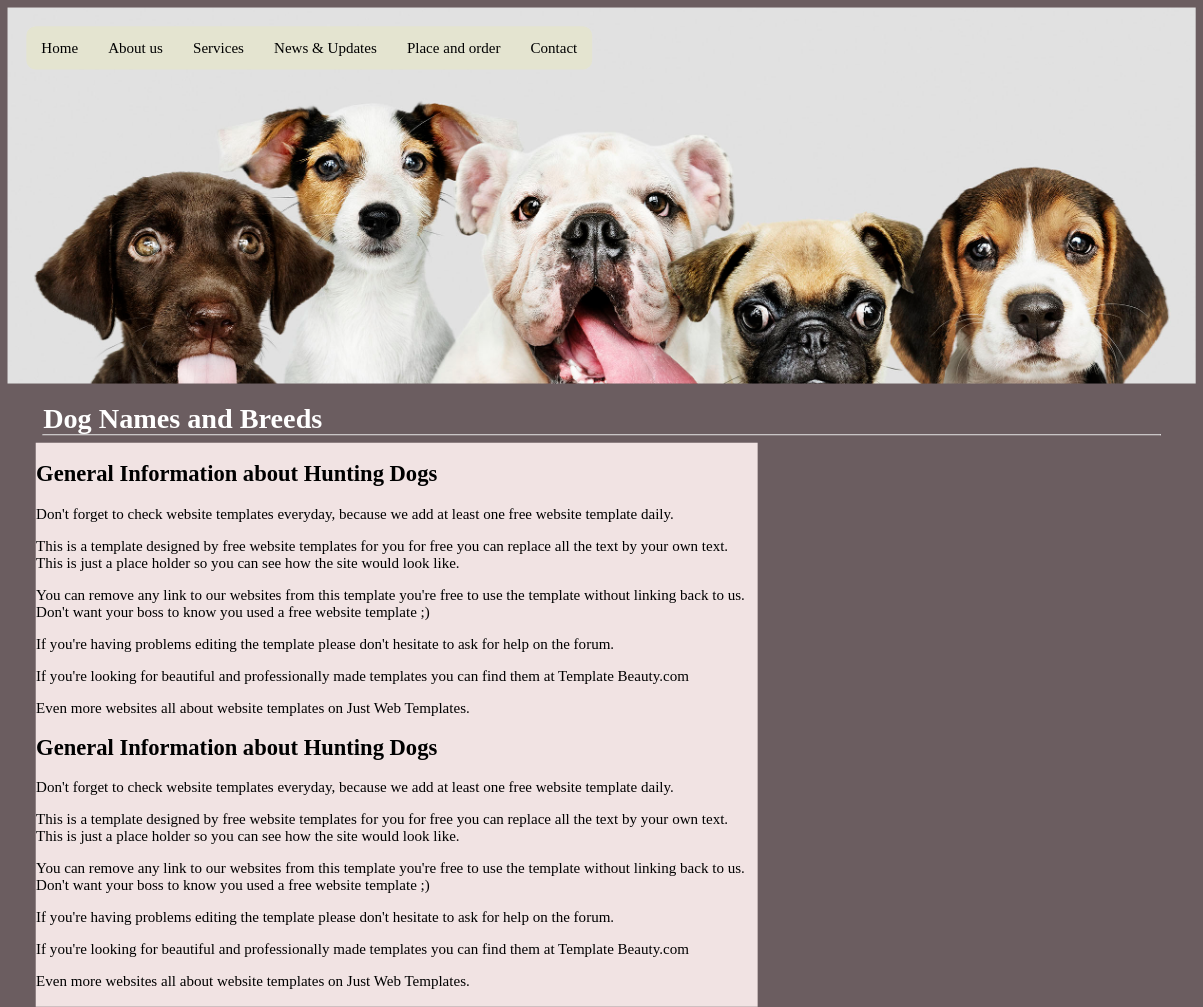
Repository: Tayma-Kazmouz/labwork
Page: index.html
These files come from the project's save history. The page is drawn as it stood at one moment and after the next save; the edit follows.
The browser window is 1280 px wide. The pictures show the whole page, at 94% of full size.

Above is the page before, as saved 2022-04-04 16:49:48.

After the next save:
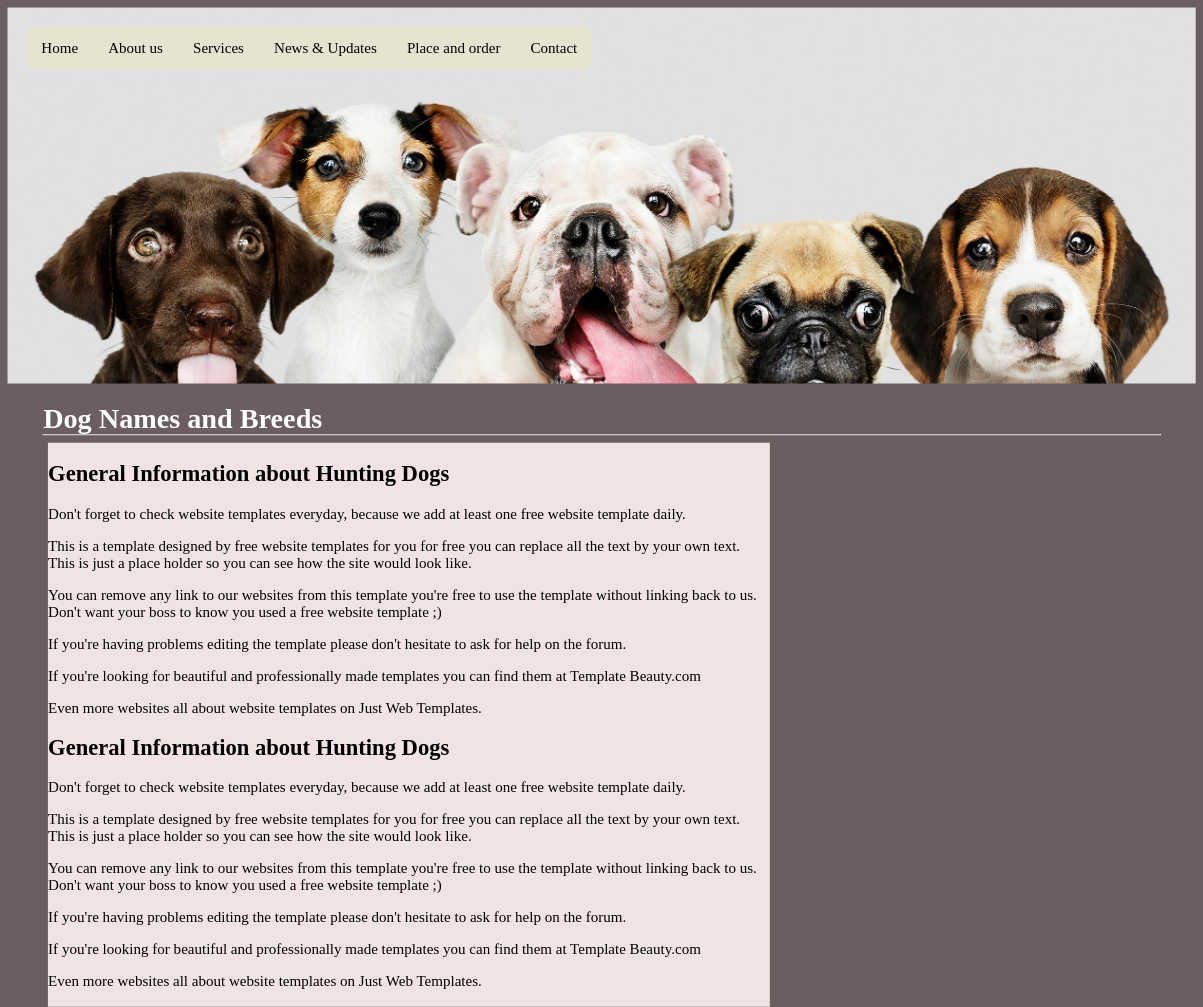
Saved 17 s later.
--- a/styles.css
+++ b/styles.css
@@ -48,7 +48,7 @@ h1{
 .container-one{
     background-color: rgb(241, 227, 227);
     position: absolute;
-    left: 3%;
+    left: 4%;
     width: 60%;
     height: 600px;
 }
